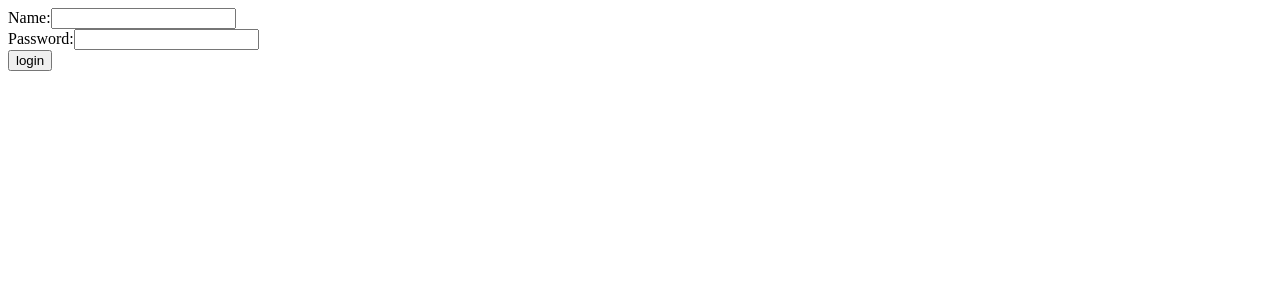
Repository: arpanaK123/Login_Page
Page: Login_Register/WebContent/login.html
These files come from the project's save history. The page is drawn as it stood at one moment and after the next save; the edit follows.
The browser window is 1280 px wide. The pictures show the whole page.

Above is the page before, as saved 2018-07-03 09:22:07.

After the next save:
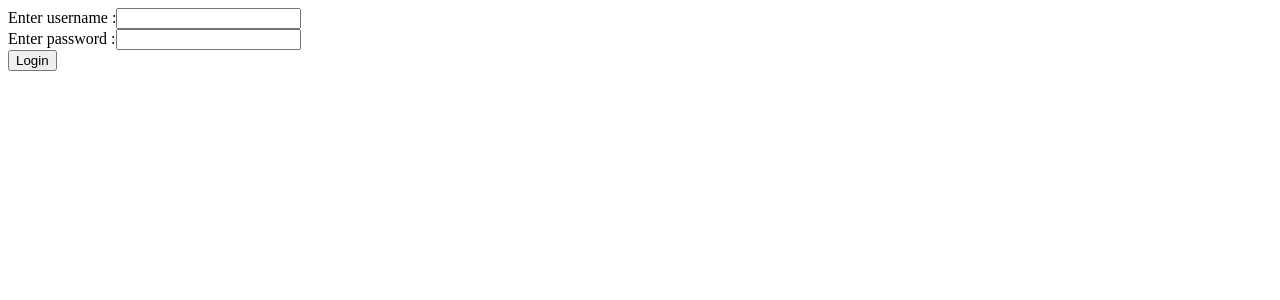
Saved 50 s later.
--- a/Login_Register/WebContent/login.html
+++ b/Login_Register/WebContent/login.html
@@ -6,9 +6,9 @@
 </head>
 <body>
 	<form action="LoginServlet" method="post">
-		Name:<input type="text" name="name"><br> Password:<input
-			type="password" name="password"><br> <input
-			type="submit" value="login">
+		Enter username :<input type="text" name="username"> <br>
+		Enter password :<input type="password" name="password"><br>
+		<input type="submit" value="Login">
 	</form>
 </body>
 </html>
